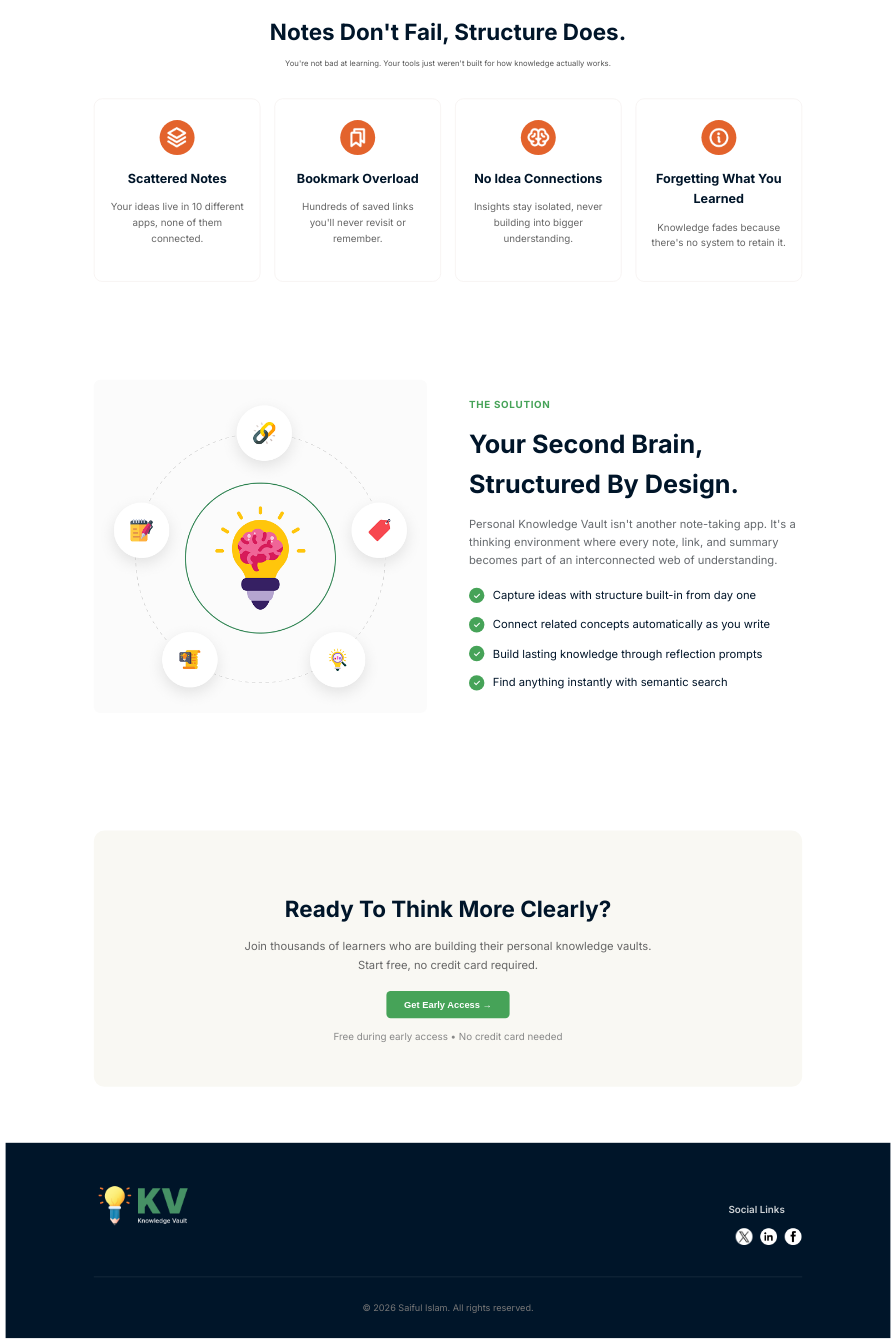
Repository: Saiful21Islam/my-fast-devel
Page: index.html
These files come from the project's save history. The page is drawn as it stood at one moment and after the next save; the edit follows.
The browser window is 1280 px wide. The pictures show the part of the page from y = 681 to 2601 px (the page is 2601 px tall before and 2591 px after), at 70% of full size.

Above is the page before, as saved 2026-01-31 14:58:48.

### index.html
<!DOCTYPE html>
<html lang="en">

<head>
    <meta charset="UTF-8">
    <meta name="viewport" content="width=device-width, initial-scale=1.0">
    <title>My Fast Development Project</title>
    <link rel="preconnect" href="https://fonts.googleapis.com">
<link rel="preconnect" href="https://fonts.gstatic.com" crossorigin>
<link href="https://fonts.googleapis.com/css2?family=Inter:ital,opsz,wght@0,14..32,100..900;1,14..32,100..900&family=Open+Sans:ital,wght@0,300..800;1,300..800&family=Work+Sans:ital,wght@0,100..900;1,100..900&display=swap" rel="stylesheet">
    <link rel="stylesheet" href="style.css">
</head>

<body>
    <header class="navbar">
        <div class="logo">
            <img src="assets/logo-navbar.png" alt="kv logo">
        </div>
    <nav class="nav-links">
        <a href="#">Features</a>
        <a href="#">How it Works</a>
        <a href="#">Why It's Different</a>
    </nav>
    <button class="btn-primary">Get Early Access</button>
</header>
 <section class="banner">
        <div class="banner-overlay">
            <div class="banner-content">
                <span class="early-badge">Early Access Now Open</span>
                <h1>Structured Thinking, <br><span class="green-text">Not Just Note-Taking.</span></h1>
                <p>A private space to store notes, links, and learning summaries — designed to help you think clearly,
                    connect ideas, and turn learning into long-term knowledge.</p>
                <div class="banner-btns">
                  <button class="btn-primary">Start Building Your Vault &rarr;</button>

                  <button class="btn-outline">
                  <span class="play-icon">&#9655;</span> See How It Works
                           </button>
                </div>
            </div>
        </div>
    </section>
        <section class="notes">
    <h2 class="Notes" >Notes Don't Fail, Structure Does.</h2>
    <p class="subtitle">You're not bad at learning. Your tools just weren't built for how knowledge actually works.</p>

    <div class="card-container">
        <div class="card">
            <div class="icon-circle red-bg"> <img src="assets/Vector.png" alt=""> </div>
            <h3>Scattered Notes</h3>
            <p>Your ideas live in 10 different apps, none of them connected.</p>
        </div>
        <div class="card">
            <div class="icon-circle orange-bg"> <img src="assets/Bookmarks.png" alt=""> </div>
            <h3>Bookmark Overload</h3>
            <p>Hundreds of saved links you'll never revisit or remember.</p>
        </div>
        <div class="card">
            <div class="icon-circle red-bg"> <img src="assets/Brain.png" alt=""> </div>
            <h3>No Idea Connections</h3>
            <p>Insights stay isolated, never building into bigger understanding.</p>
        </div>
        <div class="card">
            <div class="icon-circle red-bg"> <img src="assets/Info.png" alt=""> </div>
            <h3>Forgetting What You Learned</h3>
            <p>Knowledge fades because there's no system to retain it.</p>
        </div>
    </div>
    </section>
 <section class="second-brain">
    <div class="brain-visual">
        <img src="assets/knowledge.png" alt="Second Brain Illustration">
    </div>

    <div class="brain-content">
        <span class="solution-tag">THE SOLUTION</span>
        <h2>Your Second Brain, <br> Structured By Design.</h2>
        <p class="prgrap" >Personal Knowledge Vault isn't another note-taking app. It's a thinking environment where every note, link, and summary becomes part of an interconnected web of understanding.</p>

        <ul class="feature-list">
            <li>Capture ideas with structure built-in from day one</li>
            <li>Connect related concepts automatically as you write</li>
            <li>Build lasting knowledge through reflection prompts</li>
            <li>Find anything instantly with semantic search</li>
        </ul>
    </div>
</section>

<section class="cta-section">
    <div class="cta-container">
        <h2>Ready To Think More Clearly?</h2>
        <p>Join thousands of learners who are building their personal knowledge vaults. <br> Start free, no credit card required.</p>

        <button class="btn-primary">Get Early Access &rarr;</button>

        <span class="cta-subtext">Free during early access • No credit card needed</span>
    </div>
</section>

<footer class="footer">
    <div class="footer-top">
        <div class="footer-logo">
            <span> <div><img src="assets/logo-footer.png" alt=""></div> </span>
        </div>

        <div class="social-links">
            <p class="social-links-title">Social Links</p>
            <div class="icons">
                <a href="#"> <img src="icon/tw.c.png" alt="Twitter"> </a>
                <a href="#"> <img src="icon/in.c.png" alt="LinkedIn"> </a>
                <a href="#"> <img src="icon/fb.c.png" alt="Facebook"> </a>
            </div>
        </div>
    </div>
    <div class="footer-bottom">
        <p>&copy; 2026 Saiful Islam. All rights reserved.</p>
    </div>
</footer>

</body>
</html>

### style.css
/* Google Font (Always on Top) */
@import url('https://fonts.googleapis.com/css2?family=Inter:wght@400;600;700&display=swap');

/* Global */
body {
    font-family: 'Inter', sans-serif;
    color: #001529;
    line-height: 1.6;
}

/* Navbar */
.navbar {
    display: flex;
    justify-content: space-between;
    align-items: center;
    padding: 20px 5%;
}

.nav-links a {
    text-decoration: none;
    color: black;
    margin: 0 15px;
}

/* Buttons */
.btn-early {
    background-color: #46a358;
    color: white;
    padding: 10px 20px;
    border: none;
    border-radius: 5px;
}

/* Banner */
.banner {
    background-image: linear-gradient(rgba(0, 0, 0, 0.5), rgba(0, 0, 0, 0.5)),
        url('assets/hero-bg.png');
    background-size: cover;
    background-position: center;
    height: 500px;

    display: flex;
    justify-content: center;
    align-items: center;
    text-align: center;
    color: white;
}

/* Badge */
.early-badge {
    display: inline-flex;
    align-items: center;
    color: #46a358;
    background-color: #fff;
    padding: 6px 15px;
    border: 1px solid #eee;
    border-radius: 50px;
    font-size: 12px;
    font-weight: 600;
    cursor: pointer;
    box-shadow: 0 2px 5px rgba(0, 0, 0, 0.1);
}

.early-badge::before {
    content: "";
    height: 8px;
    width: 8px;
    background-color: #46a358;
    border-radius: 50%;
    margin-right: 8px;
    box-shadow: 0 0 5px rgba(70, 163, 88, 0.8);
}

/* Text */
h1 {
    font-size: 56px;
    font-weight: 700;
    letter-spacing: -1px;
}

.green-text {
    color: #46a358;
}

.banner p {
    font-size: 18px;
    color: #cfd8dc;
    max-width: 650px;
    margin: 20px auto;
}

/* Banner Buttons */
.banner-btns {
    display: flex;
    justify-content: center;
    gap: 15px;
    margin-top: 30px;
}

.btn-primary {
    background-color: #46a358;
    color: white;
    padding: 12px 25px;
    border: none;
    border-radius: 6px;
    font-weight: 600;
    cursor: pointer;
    transition: 0.3s;
}

.btn-primary:hover {
    background-color: #3b8a4a;
}

.btn-outline {
    background: transparent;
    color: white;
    padding: 12px 25px;
    border: 1px solid rgba(255, 255, 255, 0.4);
    border-radius: 6px;
    font-weight: 500;
    cursor: pointer;
    display: flex;
    align-items: center;
    gap: 8px;
}

.btn-outline:hover {
    background: rgba(255, 255, 255, 0.1);
    border-color: white;
}


.notes {
    text-align: center;
    padding: 60px 10%;
    background-color: #fff;
}

.card-container {
    display: flex;
    /* 4ti card ke pashapashi rakhar jonno */
    gap: 20px;
    margin-top: 40px;
}

.card {
    flex: 1;
    /* Shob card shoman size-er hobe */
    padding: 30px 20px;
    border: 1px solid #f4f0ee;
    border-radius: 12px;
    transition: 0.3s;

}

/* Hover Effect (Challenge Requirement) */
.card:hover {
    box-shadow: 0 10px 20px rgba(0, 0, 0, 0.05);
    transform: translateY(-5px);
}

/* Icon Design */
.icon-circle {
    width: 50px;
    height: 50px;
    border-radius: 50%;
    display: flex;
    align-items: center;
    justify-content: center;
    margin: 0 auto 20px;
    font-size: 20px;

}

.Notes {
    font-size: 32px;
    font-weight: 700;
    margin-bottom: 10px;
}

.subtitle {
    font-size: 11px;
    color: #555;
}

.red-bg {
    background-color: #e3632c;
    color: #f1ecec;
}

.orange-bg {
    background-color: #e3632c;
    color: #fefdfc;
}

.card h3 {
    font-size: 18px;
    margin-bottom: 10px;
}

.card p {
    font-size: 14px;
    color: #666;
}

.second-brain {
    display: flex;
    align-items: center;
    padding: 80px 10%;
    gap: 60px;
}

.brain-visual,
.brain-content {
    flex: 1;
}

.brain-visual img {
    max-width: 100%;
    height: auto;
}

.solution-tag {
    color: #46a358;
    font-size: 14px;
    font-weight: 700;
    text-transform: uppercase;
    letter-spacing: 1px;
}

.brain-content h2 {
    font-size: 36px;
    margin: 15px 0;
    color: #001529;
}

/* Feature List Styling */
.feature-list {
    list-style: none;
    padding: 0;
    margin-top: 25px;
}

.feature-list li {
    display: flex;
    align-items: center;
    margin-bottom: 16px;
    font-size: 16px;
    color: #001529;
}

/* Green Circle Checkmark magic */
.feature-list li::before {
    content: "✓";
    color: white;
    background-color: #46a358;
    width: 22px;
    height: 22px;
    border-radius: 50%;
    display: flex;
    justify-content: center;
    align-items: center;
    margin-right: 12px;
    font-size: 12px;
    font-weight: bold;
    flex-shrink: 0;
}

.prgrap {
    color: #65696d;
}

/* CTA Section Styling */
.cta-section {
    padding: 80px 10%;
    background-color: #fff;
}

.cta-container {
    background-color: #f9f8f3;
    /* Mockup-er halka cream color */
    padding: 60px 20px;
    border-radius: 15px;
    text-align: center;
}

.cta-container h2 {
    font-size: 32px;
    color: #001529;
    margin-bottom: 15px;
}

.cta-container p {
    color: #666;
    margin-bottom: 25px;
    line-height: 1.6;
}

.cta-subtext {
    display: block;
    margin-top: 15px;
    font-size: 14px;
    color: #888;
}

/* Footer Styling */
.footer {
    background-color: #001529;
    /* Deep navy blue */
    color: white;
    padding: 60px 10% 20px;
}

.footer-top {
    display: flex;
    justify-content: space-between;
    align-items: flex-start;
    border-bottom: 1px solid rgba(255, 255, 255, 0.1);
    padding-bottom: 40px;
}

.footer-logo .logo-text {
    font-size: 24px;
    font-weight: bold;
    color: #46a358;
}

.footer-logo p {
    font-size: 12px;
    color: #aaa;
}

.social-links p {
    font-size: 14px;
    margin-bottom: 10px;
}

.social-links .icons a {
    text-decoration: none;
    margin-left: 10px;
    font-size: 20px;
}

.footer-bottom {
    text-align: center;
    padding-top: 20px;
    font-size: 13px;
    color: #777;
}

.social-links {
    text-align: left;
    margin-top: 10px;

}
.social-links-title {
    color: #ffffff;
    font-size: 14px;
    margin-bottom: 15px;
    font-weight: 600;
    opacity: 0.8;
}

.icons {
    /* text-align: left; */
    display: flex;
    /* justify-content: flex-end; */
    /* gap: 3px; */
}
.icons a {
    display: flex;
    align-items: center;
    justify-content: flex-start;
    gap: 2px;
    width: 25px;
    height: 35px;
    background-color: transparent;
    border-radius: 50%;
    transition: transform 0.3s ease, background-color 0.3s ease;
}

.icons a img {
    width: 24px;
    height: auto;
    display: block;
}

.icons a:hover {
    transform: translateY(-3px);
    background-color: rgba(255, 255, 255, 0.1);
}

After the next save:
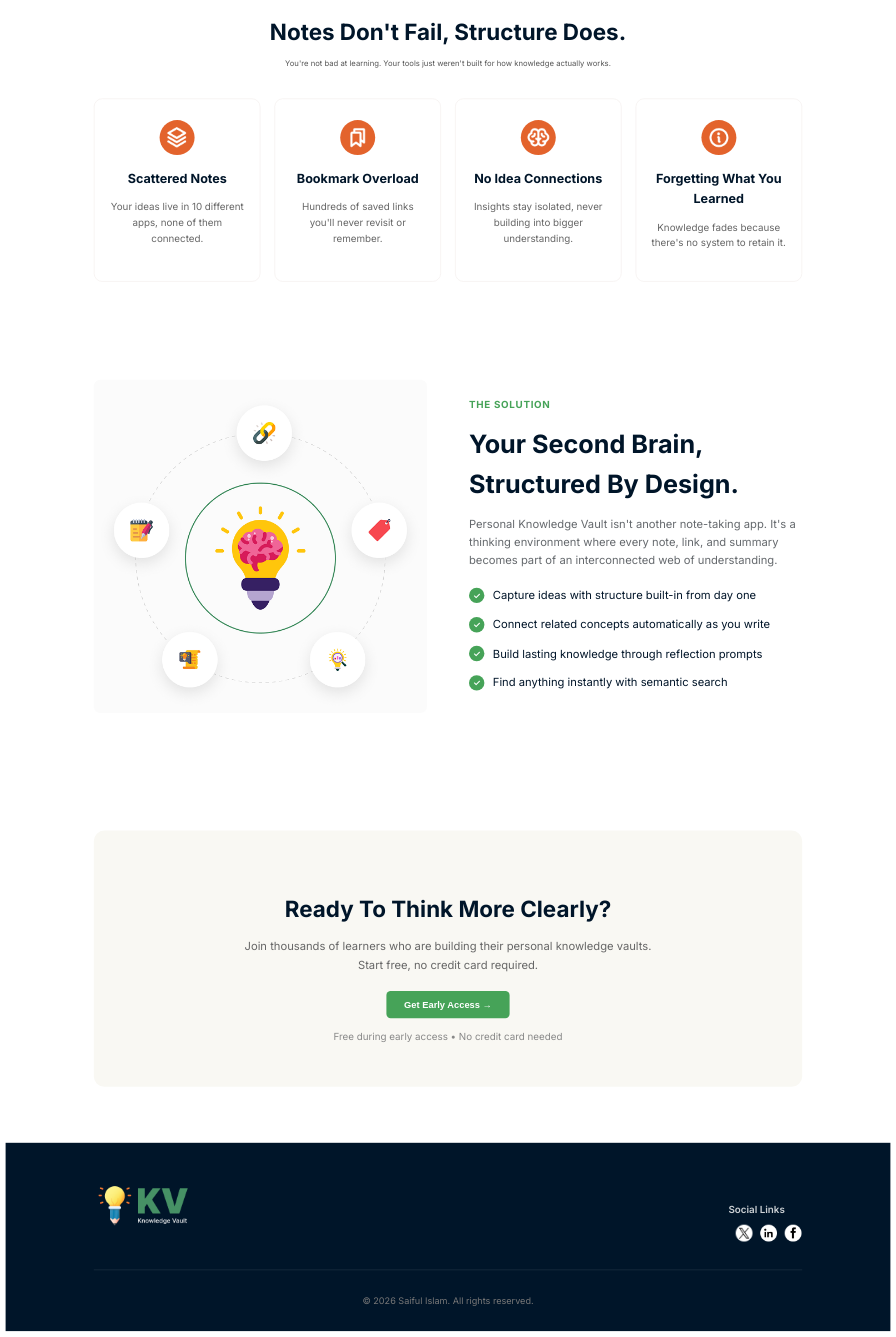
Saved 5 s later.
--- a/style.css
+++ b/style.css
@@ -374,7 +374,7 @@ h1 {
     justify-content: flex-start;
     gap: 2px;
     width: 25px;
-    height: 35px;
+    height: 25px;
     background-color: transparent;
     border-radius: 50%;
     transition: transform 0.3s ease, background-color 0.3s ease;
